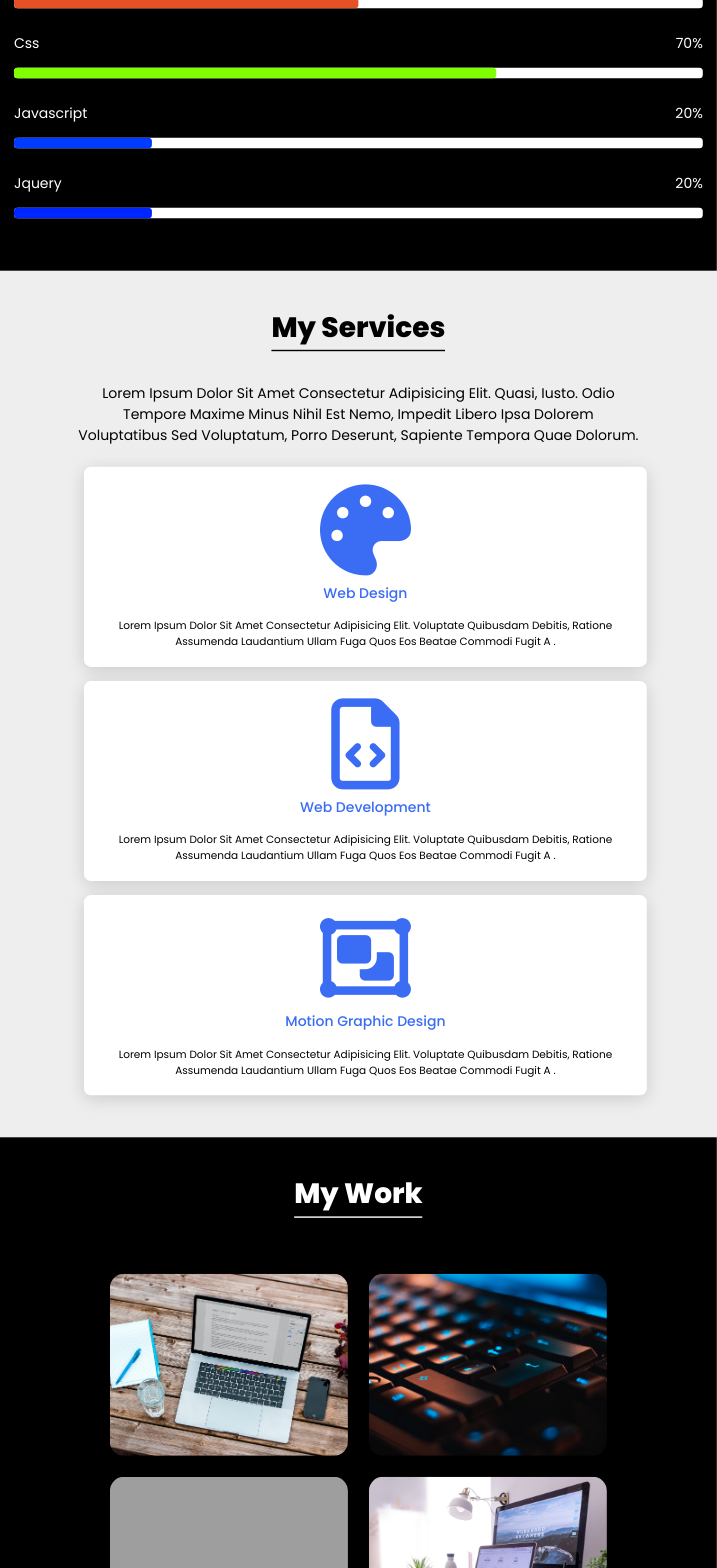
Repository: Pinocoding/New
Page: index.html
An editor plug-in stored every save of this project. The page is shown before and after the next save, followed by the edit.
The browser window is 1024 px wide. The pictures show the part of the page from y = 2234 to 4474 px (the page is 6540 px tall), at 70% of full size.
Pictures or frames that could not be fetched are drawn as grey boxes. Backgrounds fixed to the window are drawn as part of the page.

Above is the page before, as saved 2021-10-16 13:17:54.

### index.html
<!DOCTYPE html>
<html lang="en">
<head>
  <meta charset="UTF-8">
  <meta http-equiv="X-UA-Compatible" content="IE=edge">
  <meta name="viewport" content="width=device-width, initial-scale=1.0">
  <title>Document</title>
  <link rel="stylesheet" href="style.css">
  <link rel="stylesheet" href="https://cdnjs.cloudflare.com/ajax/libs/font-awesome/6.0.0-beta2/css/all.min.css" integrity="sha512-YWzhKL2whUzgiheMoBFwW8CKV4qpHQAEuvilg9FAn5VJUDwKZZxkJNuGM4XkWuk94WCrrwslk8yWNGmY1EduTA==" crossorigin="anonymous" referrerpolicy="no-referrer" />


</head>
<body>
  <!-- header -->
  <header>
    <a href="#main" class="brand">Pino</a>
    <div class="menu-btn"></div>
    <div class="navigation">
        <a href="#main">home</a>
        <a href="#about">About</a>
        <a href="#skills">Skills</a>
        <a href="#services">Services</a>
        <a href="#work">Work</a>
        <a href="#contact">Contact</a>
    </div>
  </header>
  <!--  -->
  <!-- section main  -->
  <section class="main">
    <div class="layout"></div>
    <div class="content">
    <h2>hello, I'm<br><span>Pino-code</span></h2>
    <div class="animated-text">
      <h3>FE developer</h3>
      <h3>Best Yasuo TT 7</h3>
      <h3>Best NoVo CS GO</h3>
    </div>
    <a href="#about" class="btn">see my work</a>
    <div class="media-icon">
      <a href="#"><i class="fab fa-facebook-square"></i></a>
      <a href="#"><i class="fab fa-instagram-square"></i></a>
      <a href="#"><i class="fab fa-twitter-square"></i></a>
      <a href="#"><i class="fab fa-youtube-square"></i></a>
    </div>
  </div>

  </section>
  <!--  -->
  <!-- section about -->
  <section class="about" id="about">
    <!-- title -->
    <div class="title">
      <h2 class="section-title">
        about me
      </h2>
    </div>
    <!--  -->
    <!-- content -->
    <div class="content">
      <div class="column col-left">
        <div class="img-card">
          <img src="/img/002.jpg" alt="">
        </div>
      </div>
      <div class="column col-right">
        <h2 class="content-title">Hey there! i'm pino-code</h2>
        <p>Lorem ipsum dolor sit amet, consectetur adipisicing elit. Necessitatibus ullam sequi nihil eum magni ut nesciunt architecto assumenda dignissimos velit. Impedit est quia deserunt, iusto eius nostrum tenetur illum cumque?
          Lorem ipsum dolor sit amet, consectetur adipisicing elit. Necessitatibus ullam sequi nihil eum magni ut nesciunt architecto assumenda dignissimos velit. Impedit est quia deserunt, iusto eius nostrum tenetur illum cumque?
          <br>
          <br>
          Lorem ipsum dolor sit amet, consectetur adipisicing elit. Necessitatibus ullam sequi nihil eum magni ut nesciunt architecto assumenda dignissimos velit. Impedit est quia deserunt, iusto eius nostrum tenetur illum cumque?
        </p>
        <a href="#about" class="btn">See more</a>
      </div>
    </div>
      <!--  -->


    </section>
    <!--  -->

        <!-- section skills -->
    <section class="skills" id="skills">
      <div class="title">
        <h2 class="section-title">
          my skills
        </h2>
      </div>
      <div class="content">
        <div class="column col-left">
          <h2 class="content-title">
            my skills and experiences</h2>
            <p>Lorem ipsum dolor sit amet, consectetur adipisicing elit. Ut amet doloremque ratione quam quos dolores nesciunt nam eaque esse cum obcaecati voluptas unde, magnam mollitia ducimus libero! Ducimus, fugiat recusandae.<br>
            Lorem ipsum dolor sit amet consectetur, adipisicing elit. Voluptas quia expedita omnis perspiciatis, similique voluptates doloribus error odio vitae voluptatem pariatur repellat reiciendis laudantium, autem minus ad placeat facere accusantium?</be></p>
            <a href="#" class="btn">see more</a>
        </div>

      <div class="column col-right">
        <div class="bar">
          <div class="infor">
            <span>html</span>
            <span>50%</span>
          </div>
          <div class="line html"></div>
        </div>
        <div class="bar">
          <div class="infor">
            <span>css</span>
            <span>70%</span>
          </div>
          <div class="line css"></div>
        </div>
        <div class="bar">
          <div class="infor">
            <span>javascript</span>
            <span>20%</span>
          </div>
          <div class="line javascript"></div>
        </div>
        <div class="bar">
          <div class="infor">
            <span>jquery</span>
            <span>20%</span>
          </div>
          <div class="line jquery"></div>
        </div>
      </div>

      </div>
    </section>
    <!--  -->
    <!-- section services -->
<section class="services" id="services">
  <div class="title">
    <h2 class="section-title">
      my services
    </h2>
    <p>Lorem ipsum dolor sit amet consectetur adipisicing elit. Quasi, iusto. Odio tempore maxime minus nihil est nemo, impedit libero ipsa dolorem voluptatibus sed voluptatum, porro deserunt, sapiente tempora quae dolorum.</p>
  </div>
  <div class="content">
    <div class="card">
      <div class="service-icon">
        <i class='fas fa-palette'></i>
      </div>
      <div class="infor">
        <h3>web design</h3>
        <p>Lorem ipsum dolor sit amet consectetur adipisicing elit. Voluptate quibusdam debitis, ratione assumenda laudantium ullam fuga quos eos beatae commodi fugit a .

        </p>
      </div>

    </div>
    <div class="card">
      <div class="service-icon">
        <i class='far fa-file-code'></i>
      </div>
      <div class="infor">
        <h3>web development</h3>
        <p>Lorem ipsum dolor sit amet consectetur adipisicing elit. Voluptate quibusdam debitis, ratione assumenda laudantium ullam fuga quos eos beatae commodi fugit a . </p>
      </div>

    </div>
    <div class="card">
      <div class="service-icon">
        <i class='far fa-object-group'></i>
      </div>
      <div class="infor">
        <h3>motion graphic design</h3>
        <p>Lorem ipsum dolor sit amet consectetur adipisicing elit. Voluptate quibusdam debitis, ratione assumenda laudantium ullam fuga quos eos beatae commodi fugit a .</p>
      </div>

    </div>
  </div>


</section>
<!--  -->
<!-- section work  -->
<section class="work" id="work">
  <div class="title">
    <div class="section-title">my work</div>
  </div>
  <div class="content">
    <div class="card">
      <div class="card-img">
        <img src="/img/1.jpg" alt="">
      </div>
    </div>
    <div class="card">
      <div class="card-img">
        <img src="/img/2.jpg" alt="">
      </div>
    </div>
    <div class="card">
      <div class="card-img">
        <img src="/img/3.jpg" alt="">
      </div>
    </div>
    <div class="card">
      <div class="card-img">
        <img src="/img/4.jpg" alt="">
      </div>
    </div>
    <div class="card">
      <div class="card-img">
        <img src="/img/5.jpg" alt="">
      </div>
    </div>
    <div class="card">
      <div class="card-img">
        <img src="/img/boy.jpg" alt="">
      </div>




    </div>
    <div class="title">
      <a href="#" class="btn">See All</a>
    </div>



  </div>

</section>
<!--  -->

<!-- contact -->
<section class="contact" id="contact">
  <div class="title">
    <h2 class="section-title">
      contact Me
    </h2>
  </div>
  <div class="content">
    <div class="row">
      <div class="card">
        <div class="contact-icon">
          <i class="fas fa-map-marker-alt"></i>

        </div>
        <div class="infor">
          <h3>address</h3>
          <span>addess,city,country</span>
        </div>
        </div>
        <div class="card">
          <div class="contact-icon">
            <i class="fas fa-phone"></i>

          </div>
          <div class="infor">
            <h3>phone</h3>
            <span>+000000000</span>
          </div>
        </div>
          <div class="card">
            <div class="contact-icon">
              <i class="far fa-envelope"></i>

            </div>
            <div class="infor">
              <h3>email address</h3>
              <span>contact@email.com</span>
            </div>
          </div>
          <di class="card">
            <div class="contact-icon">
              <i class="fas fa-globe"></i>

            </div>
            <div class="infor">
              <h3>website</h3>
              <span>my website.com</span>
            </div>
          </di v>
    </div>
    <!-- quan trọng [form] -->
    <div class="row">
      <div class="contact-form">
        <h3>Send Message</h3>
        <div class="input-box">
          <input type="text" name="" value="" placeholder="Name">
        </div>
        <div class="input-box">
          <input type="text" name="" value="" placeholder="Email">
        </div>
        <div class="input-box">
          <textarea name="name" rows="8" cols="80" placeholder="Message"></textarea>
        </div>
        <div class="input-box">
          <input type="submit" class="send-btn" name="" value="send">
        </div>
      </div>

    </div>


</section>
<!--  -->
<!--  -->
<footer class="footer">
  <span class="footer-title">
    pino-code
  </span>
<p>copyright @2021 <a href="#">Pino-code</a> .All rights reserved</p>
</footer>
  <script
  src="https://code.jquery.com/jquery-3.6.0.js"
  integrity="sha256-H+K7U5CnXl1h5ywQfKtSj8PCmoN9aaq30gDh27Xc0jk="
  crossorigin="anonymous"></script>
  <script src="function.js"></script>
</body>
</html>

### style.css
/* @import url("https://fonts.googleapis.com/css2?family=Comic+Neue:wght@400;700&display=swap"); */
@import url("https://fonts.googleapis.com/css2?family=Poppins:wght@300;400;500;700;800&display=swap");
* {
  font-size: 62.5%;
  /* font-family: "Comic Neue", cursive; */
  font-family: "Poppins", sans-serif;
  margin: 0;
  padding: 0;
  box-sizing: border-box;
  text-transform: capitalize;
  /* kéo mượt chuột */
  scroll-behavior: smooth;
  /*  */
}
body {
  min-height: 110vh;
  background: #eee;
}
/* for header */
header {
  position: fixed;
  z-index: 99;
  background: rgb(0, 0, 0);
  top: 0;
  left: 0;
  width: 100%;
  padding: 2rem 5rem;
  display: flex;
  justify-content: space-between;
  align-items: center;
}
/* hover navigation */
header .navigation a:hover {
  color: aquamarine;
}
/*header sticky */
header.sticky {
  background: rgba(0, 0, 0, 0.26);
}
/*  */
header .brand {
  text-decoration: none;
  font-size: 2rem;
  color: white;
}
header .navigation a {
  font-size: 1.5rem;
  text-decoration: none;
  color: white;
  padding: 0 1rem;
}
/*  */
section {
  padding: 5rem 30rem;
}
/* for banner */
.main {
  position: relative;
  width: 100%;
  min-height: 100vh;
  display: flex;
  align-items: center;
  background: url("/img/0.jpg") no-repeat;
  background-size: cover;
  background-position: center;
  background-attachment: fixed;
  z-index: 1;
}
.main .layout {
  position: absolute;
  top: 0;
  left: 0;
  width: 100%;
  height: 100%;
  background: black;
  opacity: 0.3;
  z-index: -1;
}
.main .content {
  max-width: 100rem;
}
.main .content h2 {
  margin-bottom: 5rem;
  color: white;
  font-size: 2rem;
  font-weight: 500;
  line-height: 5rem;
}
.main .content h2 span {
  font-size: 3rem;
}

.animated-text {
  position: relative;
  height: 6rem;
  overflow: hidden;
}
.animated-text h3 {
  color: aquamarine;
  font-size: 4rem;
  font-weight: 700;
  line-height: 60px;
  letter-spacing: 1px;
}
/* animated text for h3 */
.animated-text h3:nth-child(1) {
  animation: text-move 7s infinite;
}
@keyframes text-move {
  0% {
    margin-top: 0;
  }
  25% {
    margin-top: -60px;
  }
  50% {
    margin-top: -120px;
  }
  100% {
    margin-top: 0;
  }
}
/*  */
.btn {
  margin-top: 5rem;
  color: black;
  background: aquamarine;
  font-size: 2rem;
  font-weight: 700;
  display: inline-block;
  padding: 10px 20px;
  text-decoration: none;
  letter-spacing: 1.3px;
  border-radius: 5px;
  /* box-shadow: -1px 5px 10px #888888; */
  transition: 0.5s ease;
}
.btn:hover {
  transform: scale(1.1);
}

.media-icon {
  margin-top: 10rem;
}
.media-icon a {
  color: white;
  font-size: 5rem;
  margin-right: 1rem;
  transition-property: transform, color;
  transition: 0.2s;
}
.media-icon a:hover i {
  color: aquamarine;
  transform: translateY(-2px);
  transition: 0.2s;
}
/*  */
/* for section about  */
.title {
  width: 100%;
  display: flex;
  justify-content: center;
  align-items: center;
  flex-direction: column;
}
/* gach dưới , chấm */
.section-title {
  text-transform: capitalize;
  position: relative;
  color: black;
  font-size: 4rem;
  font-weight: 800;
  margin-bottom: 5rem;
}
.section-title:after {
  content: "";
  position: absolute;
  top: 105%;
  left: 50%;
  width: 100%;
  height: 2px;
  transform: translateX(-50%);
  background: currentColor;
}

/*  */
/*  content */
.about .content {
  position: relative;
  width: 100%;
  display: flex;
  justify-content: space-between;
  margin-top: 2rem;
}
/* content > col-left */
.about .content .col-left {
  position: relative;
  width: 45%;
}
.about .content .col-left .img-card {
  position: relative;
  width: 100%;
  min-height: 45rem;
}
.about .content .col-left .img-card img {
  position: absolute;
  top: 0;
  left: 0;
  width: 100%;
  height: 100%;
  object-fit: cover;
  border-radius: 10px;
}
/* content > col-right */
.about .content .col-right {
  width: 50%;
  position: relative;
}
.content-title {
  font-size: 3rem;
  margin-bottom: 2rem;
}
.about .content .col-right p {
  font-size: 1.5rem;
}
/* .column .btn {
  margin-top: 9rem;
  color: black;
  background: linear-gradient(to top left, aquamarine, transparent);
  font-size: 2rem;
  font-weight: 700;
  display: inline-block;
  padding: 15px 20px;
  text-decoration: uppercase;
  text-decoration: none;
  letter-spacing: 1px;
  border-radius: 10px;
  box-shadow: -1px 5px 10px #888888;
  transition: 0.5s ease;
}
.btn:hover {
  transform: scale(1.1);
} */
/*  */
/* skills */
.skills {
  background: black;
}
.skills .section-title {
  color: white;
}

.skills .section-title::before {
  background: currentColor;
}
.skills .content {
  position: relative;
  width: 100%;
  display: flex;
  justify-content: space-between;
  color: white;
  margin-top: 2rem;
}
/* skills => col-left */
.skills .content .col-left {
  position: relative;
  width: 46%;
}
/*  */
/* skills => col-right */
.skills .content .col-right {
  position: relative;
  width: 46%;
}
.skills .content .col-right .bar {
  margin-bottom: 15px;
  padding: 10px;
}
.skills .content .col-right .bar .infor {
  display: flex;
  align-items: center;
  justify-content: space-between;
  margin-bottom: 2rem;
}

.skills .content .col-right .bar .infor span {
  font-size: 2rem;
}
/* thanh % */
.skills .content .col-right .bar .line {
  position: relative;
  width: 100%;
  height: 15px;
  border-radius: 5px;
  background: white;
}
.skills .content .col-right .bar .line::before {
  content: "";
  position: absolute;
  top: 0;
  left: 0;

  height: 100%;
  /* background-color: rgb(42, 40, 136); */
  border-radius: 5px;
}
.skills .content .col-right .bar .html::before {
  width: 50%;
  background: #e45126;
}
.skills .content .col-right .bar .css::before {
  width: 70%;
  background-color: chartreuse;
}
.skills .content .col-right .bar .javascript::before {
  width: 20%;
  background-color: rgb(0, 60, 255);
}
.skills .content .col-right .bar .jquery::before {
  width: 20%;
  background-color: rgb(0, 38, 255);
}

/*  */
.skills p {
  font-size: 1.5rem;
  line-height: 3rem;
  letter-spacing: 1.2px;
}
/* .skills .content .btn {
  margin-top: 2rem;
  color: white;

  background: linear-gradient(to top left, aquamarine, transparent);
  font-size: 2rem;
  font-weight: 700;
  display: inline-block;
  padding: 15px 20px;
  text-decoration: uppercase;

  letter-spacing: 1px;
  border-radius: 10px;

  transition: 0.5s ease;
}
.btn:hover {
  transform: scale(1.1);
} */
/*  */
/* for services */
.services .content {
  display: flex;
  justify-content: center;
  flex-wrap: wrap;
  flex-direction: row;
  margin-top: 20px;
}
.title p {
  font-size: 2rem;
  text-align: center;
  width: 80%;
}

.services .content .card {
  background-color: white;
  width: 34rem;
  margin: 10px;
  padding: 25px;
  justify-content: center;
  align-items: center;
  flex-direction: column;
  box-shadow: 0 5px 25px rgba(1 1 1 /15%);
  border-radius: 10px;
}
.services .content .card .service-icon i {
  color: #3a6cf4;
  display: flex;
  justify-content: center;
  align-items: center;
  font-size: 13rem;

  text-align: center;
  transition: transform 0.3s ease;
  margin-bottom: 1rem;
}
.services .content .card:hover .service-icon i {
  transform: scale(1.2);
}
.services .content .card .infor {
  text-align: center;
}
.services .content .card .infor p {
  font-size: 1.5rem;
  text-align: center;
}
.services .content .card .infor h3 {
  font-size: 2rem;
  color: #3a6cf4;
  font-weight: 500;
  margin-bottom: 2rem;
}
/*  */
/* section work */
.work {
  background: black;
}
.work .content {
  display: flex;
  justify-content: center;
  align-items: center;
  flex-direction: row;
  flex-wrap: wrap;
  margin-top: 20px;
}
.work .content .card {
  width: 34rem;
  margin: 15px;
}
.work .content .card .card-img {
  position: relative;
  width: 100%;
  height: 26rem;
  overflow: hidden;
  border-radius: 2rem;
}
.work .content .card .card-img img {
  position: absolute;
  top: 0;
  left: 0;
  width: 100%;
  height: 100%;
  object-fit: cover;
  transition: transform 0.3s ease;
}
.work .content .card .card-img img:hover {
  transform: scale(1.2);
}
.work .section-title {
  color: white;
}
.work .section-title::before {
  background: currentColor;
}
/* for contact */
.contact .content {
  display: flex;
  justify-content: center;
  flex-wrap: wrap;
  flex-direction: column;
  margin-top: 20px;
}
.contact .content .row {
  display: flex;
  justify-content: center;
  flex-wrap: wrap;
  flex-direction: row;
}
.contact .content .row .card {
  background: white;
  width: 240px;
  margin: 2rem;
  padding: 25px;
  display: flex;
  justify-content: center;
  align-items: center;
  flex-direction: column;
  box-shadow: 0 5px 25px rgba(1 1 1 /15%);
  border-radius: 10px;
}
.contact .content .row .card .contact-icon {
  font-size: 15rem;
  display: flex;
  justify-content: center;
  align-items: center;
  margin-bottom: 2rem;
  color: #3a6cf4;
}
.contact .content .row .card:hover .contact-icon {
  transform: translateY(-10px);
  transition: 0.3s;
}
.contact .content .row .card .infor {
  text-align: center;
}
.contact .content .row .card .infor h3 {
  font-size: 2rem;
  margin-bottom: 1rem;
}
.contact .content .row .card .infor span {
  font-size: 1.5rem;
  letter-spacing: 1.5px;
}
/* important */
.contact-form {
  background: white;
  max-width: 60rem;
  margin-top: 50px;
  padding: 50px;
  border-radius: 10px;
  box-shadow: 0 5px 25px rgba(1 1 1 /15%);
}
.contact-form h3 {
  color: #111;
  font-size: 2rem;
  font-weight: 600;
  margin-bottom: 40px;
}
.contact-form .input-box {
  position: relative;
  width: 100%;
  margin-bottom: 20px;
}
.contact-form .input-box input,
.contact-form .input-box textarea {
  color: #111;
  width: 100%;
  padding: 10px;
  font-size: 1.5rem;
  border-radius: 4px;
  outline: none;
  border: 1px solid black;
  resize: none;
}
.contact-form .input-box .send-btn {
  color: white;
  background: #3a6cf4;
  /* display: inline-block; */
  font-size: 1.5rem;
  font-weight: 500;
  letter-spacing: 2px;
  width: 100%;
  border: none;
  text-transform: uppercase;
  cursor: pointer;
  transition: 0.3s ease;
}
.contact-form .input-box .send-btn:hover {
  background: #235bf6;
}
/*  */
/* footer  */
.footer {
  background: #000016;
  color: white;
  text-align: center;
  padding: 2rem;
}
.footer .footer-title {
  font-size: 2rem;
  font-weight: 600;
}
.footer p {
  font-size: 16px;
  margin-top: 1rem;
}
.footer p a {
  color: aquamarine;
  font-weight: 600;
  font-size: 16px;
  text-decoration: none;
}
/*  */
@media (max-width: 1040px) {
  /* respon  cho menu   */
  header {
    padding: 12px 20px;
  }
  /*  làm  menubtn > closebtn */
  header .menu-btn {
    position: absolute;
    background: url("img/NicePng_button-png_147111.png") no-repeat;
    width: 40px;
    height: 40px;
    filter: invert(1);

    background-size: 40px;
    background-position: center;
    right: 0;
    margin: 0 20px;
    cursor: pointer;
    transition: 0.3s ease;
  }
  header .menu-btn.active {
    z-index: 99;
    background: url("img/close-circular-button-symbol.png") no-repeat;
    top: 0.5rem;
    right: 18rem;
    width: 40px;
    height: 40px;
    filter: invert(1);

    background-size: 40px;
    background-position: center;
    transition: 0.3s ease;
  }
  /*  */
  /* làm navigation > navigation active  */
  header .navigation {
    /* position: relative; */
    display: none;
  }
  header .navigation.active {
    z-index: 88;
    position: fixed;
    background-color: rgba(0, 0, 0, 0.527);
    top: 0;
    right: 0;
    width: 25rem;
    height: 100%;
    display: flex;
    flex-direction: column;
    justify-content: center;
    align-items: center;
    transition: 0.3s ease;
  }
  header .navigation a {
    color: white;
    font-weight: 500;
    font-size: 2rem;

    margin-bottom: 2rem;
    padding: 1rem 2rem;
    border-radius: 10px;
    transition: 0.2s ease;
  }
  header .navigation a:hover {
    background: aquamarine;
    color: black;
  }
  /* for  banner*/
  section {
    padding: 5rem 1rem;
  }
  .btn {
    margin-top: 2rem;
  }

  /* setion about me  */
  .content-title {
    font-size: 2rem;
    margin: 2rem 0;
  }
  .about .content {
    position: relative;
    flex-direction: column;
  }
  .about .content .column {
    width: 100%;
  }
  .about .content .col-right p {
    overflow: hidden;
    text-overflow: ellipsis;
    -webkit-line-clamp: 10;
    -webkit-box-orient: vertical;
    display: -webkit-box;
  }
  /*  */
  /* section mystkills */
  .skills .content {
    flex-direction: column;
  }
  .skills .content .column {
    position: relative;
    width: 100%;
  }
  /* section services */
  .services .content {
    flex-direction: column;
    padding: 0 10rem;
  }
  .services .content .card {
    width: 100%;
  }
}

### function.js
// js for navication bar on scroll
window.addEventListener("scroll", function () {
  const header = document.querySelector("header");
  header.classList.toggle("sticky", window.scrollY > 0);
});

//  js for  menubtn $ navigation bar
const menuBtn = document.querySelector(".menu-btn");
const navigation = document.querySelector(".navigation");

menuBtn.addEventListener("click", () => {
  menuBtn.classList.toggle("active");
  navigation.classList.toggle("active");
});

const navigationItems = document.querySelectorAll(".navigation a");

navigationItems.forEach((navigationItem) => {
  navigationItem.addEventListener("click", () => {
    menuBtn.classList.remove("active");
    navigation.classList.remove("active");
  });
});

After the next save:
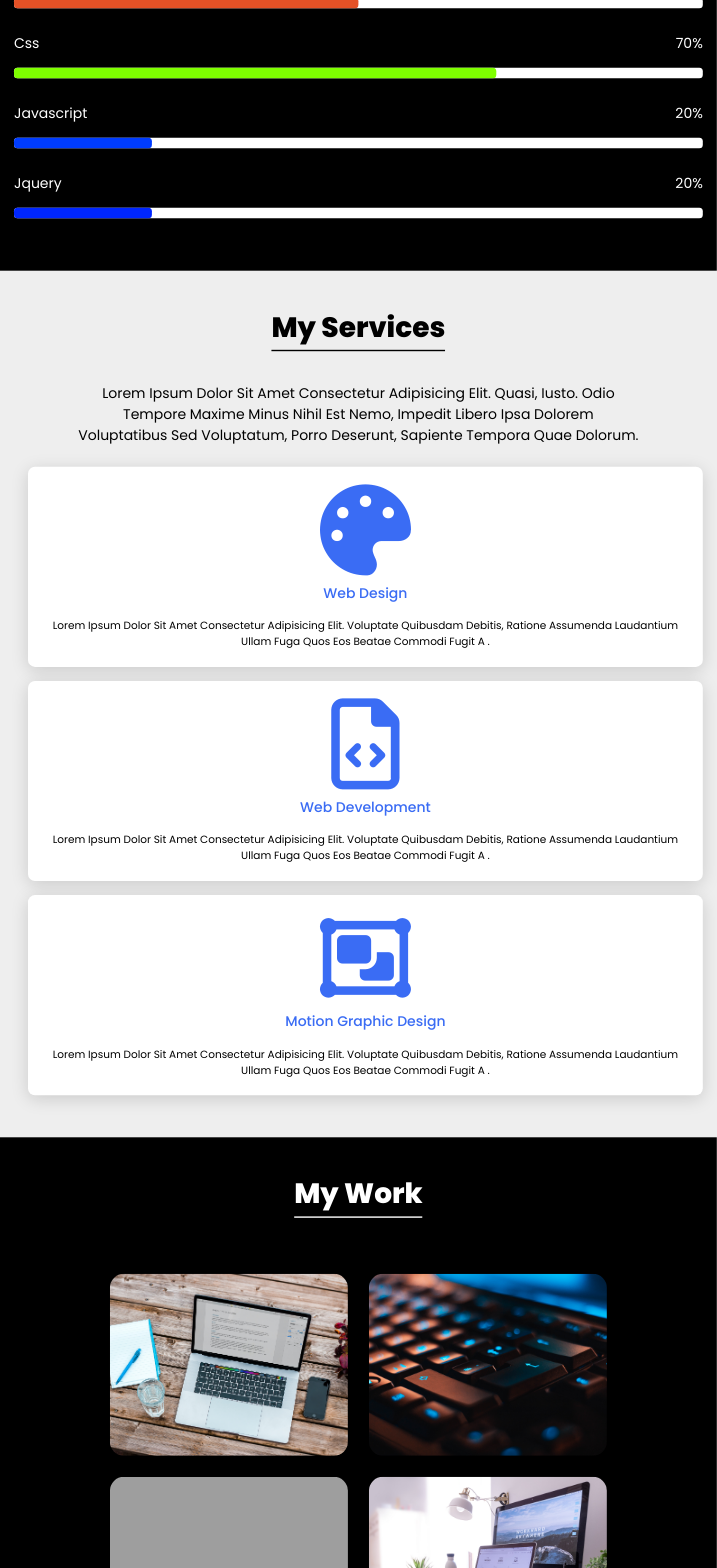
Saved 106 s later.
--- a/style.css
+++ b/style.css
@@ -666,7 +666,7 @@ section {
   /* section services */
   .services .content {
     flex-direction: column;
-    padding: 0 10rem;
+    padding: 0 2rem;
   }
   .services .content .card {
     width: 100%;
